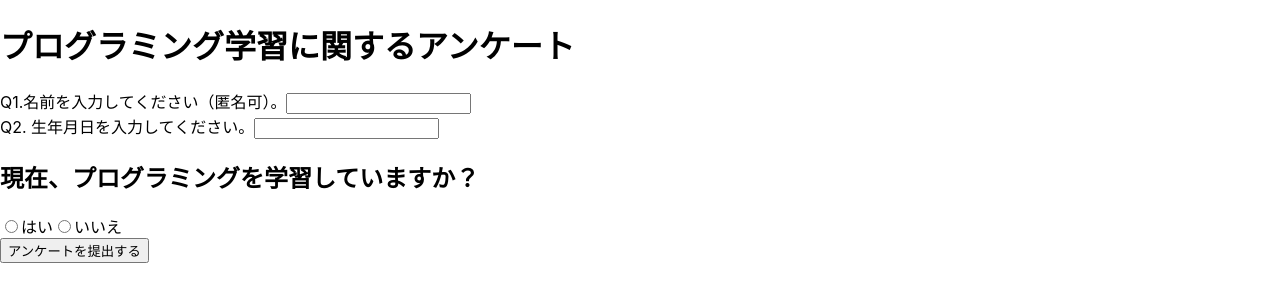
Repository: osho210/quetionnaire
Page: /
The author's editor kept a copy of each file at every save. The page is drawn from the files as they stood at one save, then again after the next save.
The browser window is 1280 px wide. The pictures show the whole page.
The project was rebuilt for these pictures with package versions that can differ from the ones it lists, and the page was loaded fresh each time. The framework's server and built-in components were replaced by stand-ins that run in the browser. Also part of the build but not shown: next.config.js.

Above is the page before, as saved 2022-08-15 18:08:23.

After the next save:
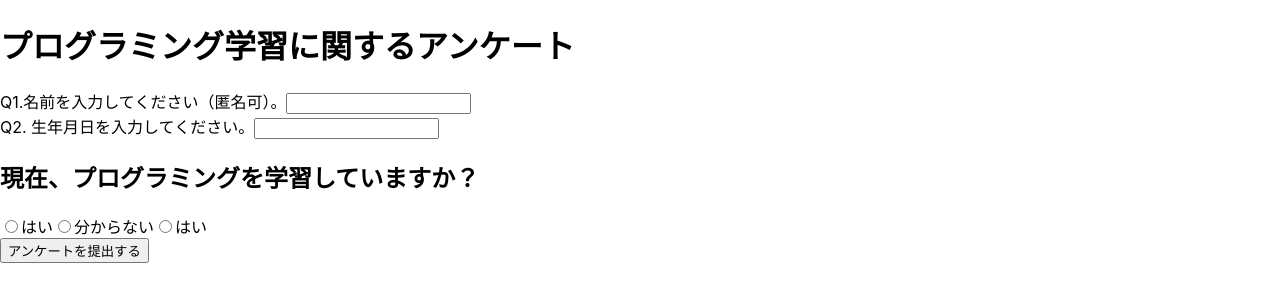
Saved 3 min 55 s later.
--- a/pages/index.js
+++ b/pages/index.js
@@ -29,13 +29,21 @@ export default function Home() {
           />
           <label htmlFor="isLarning1">はい</label>
           <input
-            id="isLarning2"
+            id="isLarning3"
             type="radio"
             name="isLarning"
             value="true"
             {...register('choise1', { required: true })}
           />
-          <label htmlFor="isLarning2">いいえ</label>
+          <label htmlFor="isLarning3">分からない</label>
+          <input
+            id="isLarning1"
+            type="radio"
+            name="isLarning"
+            value="true"
+            {...register('choise1', { required: true })}
+          />
+          <label htmlFor="isLarning1">はい</label>
         </div>
         <input type="submit" value="アンケートを提出する" />
       </form>
